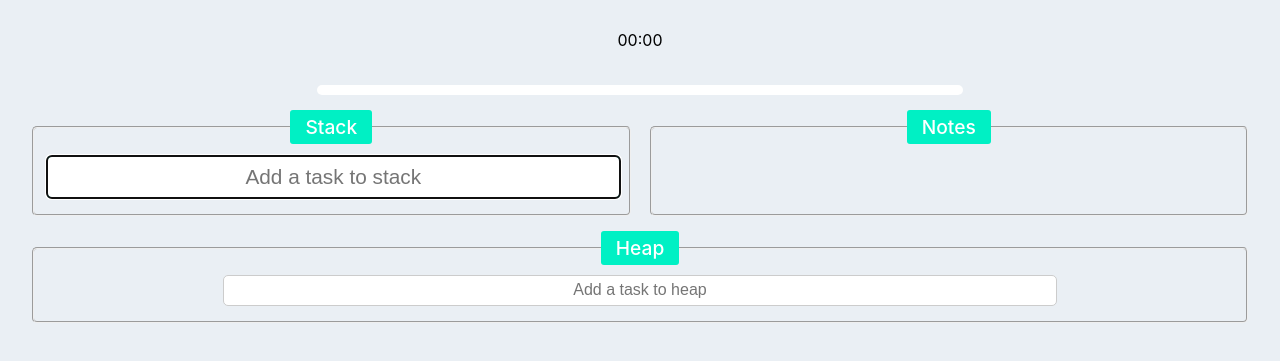
Repository: litalsh/Meeting-Managment-App
Page: /
An editor plug-in stored every save of this project. The page is shown before and after the next save, followed by the edit.
The browser window is 1280 px wide. The pictures show the whole page.
The project was rebuilt for these pictures with package versions that can differ from the ones it lists, and the page was loaded fresh each time. Also part of the build but not shown: src/components/Task/Task.css, src/components/Task/Task.js.

Above is the page before, as saved 2021-01-11 12:01:44.

### src/App.js
import './App.css';
import React from 'react';
import Stack from './components/Stack/Stack';
import GlobalTime from './components/GlobalTime/GlobalTime';
import MeetingContextProvider from './Context/store';
import Heap from './components/Heap/Heap';
import Notes from './components/Notes/Notes';
import CurrentTask from './components/CurrentTask/CurrentTask';


function App() {

  return (
    <div className="App">
      <MeetingContextProvider>
        <GlobalTime />
        <CurrentTask />
        <Stack />
        <Notes />
        <Heap />
      </MeetingContextProvider>
    </div>
  );
}

export default App;

### src/App.css
body{
  background-color:  #eaeff4;
 }

.App {
  display: grid;
  grid-template-columns: repeat(6, 1fr);
  grid-gap: 15px;
  margin: 10px 30px;
}

ul {
  list-style-type: none;
  margin: 0;
  padding: 0;
}

legend {
  margin: 0 auto;
  font-size: 1.2rem;
  font-weight: 500;
  background-color: #00f0c4;
  padding: 5px 15px;
  color: #fff;
  border-radius: 3px;
 }

 fieldset {
   border-radius: 5px;
 }

### src/components/Stack/Stack.js
import React, { useContext } from 'react';
import Task from '../Task/Task';
import { meetingContext } from '../../Context/store';
import './Stack.css';

const Stack = () => {

  const { stack, newStackHandler, taskRemoveHandler, changeListHandler } = useContext(meetingContext);

  return (

      <fieldset className="stack-container">
        {console.log('stack: ', stack)}
        <legend>Stack</legend>
        <ul className="stack-list">
          {stack !== undefined ? stack.map((task, id) => (
            <Task key={id}
            time={task.time}
            title={task.topic}
            type={task.type}
            remove={() => taskRemoveHandler(task.id, task.type)}
            changeList={() => changeListHandler(task.id, task.type)} />
          )) : null}
        </ul>
        <input type="text" placeholder="Add a task to stack" onKeyDown={newStackHandler} className='stack-input' autoFocus aria-flowto='heap-input' />
      </fieldset>

  );
}

export default Stack;

### src/components/GlobalTime/GlobalTime.js
import React, { useState, useEffect, useContext } from 'react';
import './GlobalTime.css';
import {meetingContext} from '../../Context/store';


const GlobalTime = () => {
  const {clock} = useContext(meetingContext);

  const [globalTimer, setGlobalTimer] = useState(0);
  let time = clock(globalTimer);

  useEffect(() => {
    const id = window.setInterval(() => {
      setGlobalTimer(globalTimer => globalTimer = globalTimer + 60);
    }, 60000);
    return () => window.clearInterval(id);
  })

  return (
    <div className='global-timer'>{time.minutes}:{time.seconds}</div>
    );
}

export default GlobalTime;

### src/Context/store.js
import React, { useState, createContext, useEffect } from 'react';
import useLocalStorage from '../hooks/useLocalStorage';
import { v4 as uuidv4 } from "uuid";


export const meetingContext = createContext();


const MeetingContextProvider = (props) => {

  const [stack, setStack] = useLocalStorage('stack', []);
  const [heap, setHeap] = useLocalStorage('heap', []);
  const [notes, setNotes] = useLocalStorage('notes', []);
  const [currentTaskTimer, setCurrentTaskTimer] = useState(stack[0] !== undefined ? Math.floor((new Date().getTime() - stack[stack.length - 1].time)/1000) : null);


  // Create a new stack task
  const newStackHandler = (event) => {
    if (event.which === 13 && event.target.value !== '') {
      setStack([
        ...stack,
        { id: uuidv4(), type: 'stack', topic: event.target.value, time: new Date().getTime() }
      ]);
      event.target.value = '';
      console.log(stack)
      setCurrentTaskTimer(Math.floor((new Date().getTime() - new Date().getTime())/1000));
    };
  };

  // Create a new heap task
  const newHeapHandler = (event) => {
    if (event.which === 13 && event.target.value !== '') {
      setHeap([
        ...heap,
        { id: uuidv4(), type: 'heap', topic: event.target.value, time: new Date().getTime() }
      ]);
      event.target.value = '';
    };
  };

  // Remove a task
  const taskRemoveHandler = (id, type) => {
    if (type === 'stack') {
      const taskIndex = stack.findIndex(task => {
        return task.id === id;
      });

      let tempList = [...stack];
      tempList.splice(taskIndex, 1);
      setStack(tempList);
      console.log(taskIndex)
    };

    if (type === 'heap') {
      const taskIndex = heap.findIndex(task => {
        return task.id === id;
      });

      let tempList = [...heap];
      tempList.splice(taskIndex, 1);
      setHeap(tempList)
      console.log(taskIndex)
    };
    return console.log('taskRmoveHandler: ', stack);

  }

  const clock = (time) => {
    let minutes = Math.floor(time / 60);
    let seconds = Math.abs(time % 60);
    minutes = minutes.toString().length === 1 ? "0" + minutes : minutes;
    seconds = seconds.toString().length === 1 ? "0" + seconds : seconds;
    return ({minutes : minutes, seconds : seconds})
  }

  const keyboardRemoveHandler = (e) => {
    if (e.ctrlKey && e.shiftKey && e.which === 88) {
      let tempStack = [...stack];
      tempStack.splice(tempStack.length - 1, 1);
      setStack(tempStack);
    }
  }

    // remove from stack with the keyboard
    useEffect(() => {
      if (document) {
        document.addEventListener('keydown', keyboardRemoveHandler);
      }
      return () => {
        document.removeEventListener('keydown', keyboardRemoveHandler);
      }
    }, [stack]);

    const changeListHandler = (id, type) => {
      // move task from stack to heap
      if (type === 'stack') {
        const taskIndex = stack.findIndex(task => {
          return task.id === id;
        });
        setHeap([...heap, { id: stack[taskIndex].id, type: 'heap', topic: stack[taskIndex].topic, time: stack[taskIndex].time }]);

        let tempStack = [...stack];
        tempStack.splice(taskIndex, 1);
        setStack(tempStack);
        console.log('change to heap ', stack, '  ', heap)
      };
       // move task from heap to stack
    if (type === 'heap') {
      const taskIndex = heap.findIndex(task => {
        return task.id === id;
      });
      setStack([...stack, { id: heap[taskIndex].id, type: 'stack', topic: heap[taskIndex].topic, time: new Date().getTime}]);

      let tempHeap = [...heap];
      tempHeap.splice(taskIndex, 1);
      setHeap(tempHeap);
      console.log('change to stack ', stack, '  ', heap)
    };


    }





  return (
    <meetingContext.Provider value={
      {
        stack,
        setStack,
        heap,
        notes,
        newStackHandler,
        newHeapHandler,
        taskRemoveHandler,
        changeListHandler,
        clock,
        currentTaskTimer,
        setCurrentTaskTimer
      }
    }>
      {props.children}
    </meetingContext.Provider>
  );
}

export default MeetingContextProvider;

### src/components/Heap/Heap.js
import React, { useContext } from 'react';
import Task from '../Task/Task';
import { meetingContext } from '../../Context/store';
import MeetingContextProvider from '../../Context/store';
import './Heap.css';

const Heap = () => {
  const { heap, newHeapHandler, taskRemoveHandler, changeListHandler } = useContext(meetingContext);


  return (
    <MeetingContextProvider>
      <fieldset className="heap-container">
        <legend>Heap</legend>
        <input type="text" placeholder="Add a task to heap" onKeyDown={newHeapHandler} className='heap-input' aria-flowto='notes-input' />
        <ul className="heap-list">
          {heap[0] !== undefined ? heap.map((task, id) => (
            <Task key={id}
            title={task.topic}
            type={task.type}
            remove={() => taskRemoveHandler(task.id, task.type)}
            changeList={() => changeListHandler(task.id, task.type)} />
          )) : null}
        </ul>
      </fieldset>
    </MeetingContextProvider>
  );
}

export default Heap;

### src/components/Notes/Notes.js
import React from 'react';
import './Notes.css';

const Notes = () => {
  return (
    <fieldset className='notes-container'>
      <legend>Notes</legend>
      <dl>

      </dl>
    </fieldset>
   );
}

export default Notes;

### src/components/CurrentTask/CurrentTask.js
import React, { useState, useEffect, useContext } from 'react';
import { meetingContext } from '../../Context/store';
import './CurrentTask.css';


const CurrentTask = () => {

  const { stack, clock, currentTaskTimer, setCurrentTaskTimer } = useContext(meetingContext);


  useEffect(() => {
    if(stack[0] !== undefined){
      const id = window.setInterval(() => {
        setCurrentTaskTimer(Math.floor((new Date().getTime() - stack[stack.length-1].time)/1000));
      }, 30000);
      return () => window.clearInterval(id);
    }
  }, [currentTaskTimer])

  let time = clock(currentTaskTimer);
  console.log('current ', currentTaskTimer);

  const taskExists = () => {
    return (
      <>
        {time.minutes}:{time.seconds}
      </>
    )
  }

  return (
    <div className='current-task-container'>
      <div className='current-timer'><h4>{stack[0] !== undefined ? (taskExists()) : null}</h4></div>
      <div className='current-title'><h1>{stack[0] !== undefined ? stack[stack.length - 1].topic : null}</h1></div>
    </div>
  );
}

export default CurrentTask;

### src/components/Stack/Stack.css
.stack-container {
  grid-column: 1/4;
}

.stack-input {
  border: 2px solid #00f0c4;
  width: 100%;
  line-height: 40px;
  margin: 5px auto;
  position: relative;
  text-align: center;
  border-radius: 5px;
  font-size: 1.3rem;
  padding: 0;
}

.stack-list {
  display: flex;
  flex-direction: column-reverse;
  justify-content: center;
}

.stack-item {
  width: 100%;
}

### src/components/GlobalTime/GlobalTime.css
.global-timer {
  grid-column: 1/7;
  margin: 20px auto;
}

### src/hooks/useLocalStorage.js
import { useState, useEffect } from "react";

const PREFIX = 'meeting-manament-';


const useLocalStorage = (key, initialValue) => {
  const prefixedKey = PREFIX + key
  const [value, setValue] = useState(() => {
    const jsonValue = localStorage.getItem(prefixedKey)
    if (jsonValue != null) return JSON.parse(jsonValue)
    if (typeof initialValue === 'function') {
      return initialValue()
    } else {
      return initialValue
    }
  })

  useEffect(() => {
    localStorage.setItem(prefixedKey, JSON.stringify(value))
  }, [prefixedKey, value])

  return [value, setValue]
}


export default useLocalStorage;

### src/components/Heap/Heap.css
.heap-container {
  grid-column: 1/7;
  display: flex;
  flex-direction: column;
}

.heap-list {
  display: grid;
  grid-template-columns: repeat(4,1fr);
  grid-gap: 5px 20px;
}

.heap-list>.task-item {
  width: 100%;
}

.heap-input {
  border: 1px solid #ccc;
  width: 70%;
  line-height: 1.8em;
  margin: 5px auto;
  position: relative;
  text-align: center;
  border-radius: 5px;
  font-size: 1rem;
  padding: 0;

}

### src/components/Notes/Notes.css
.notes-container {
  grid-column: 4/7;
}

### src/components/CurrentTask/CurrentTask.css
.current-task-container {
  grid-column: 2/6;
  text-align: center;
  background-color: #fff;
  width: 80%;
  margin: 0 auto;
  border-radius: 5px;
}

.current-title > h1 {
  margin: 0;
}

.current-timer {
  margin-top: 10px;
}

.current-timer > h4 {
  margin: 0;
}

.current-title {
  margin: 10px;
}

Loaded but not shown: public/index.html (common file); src/index.js (common file); src/index.css (common file); src/reportWebVitals.js (common file)

After the next save:
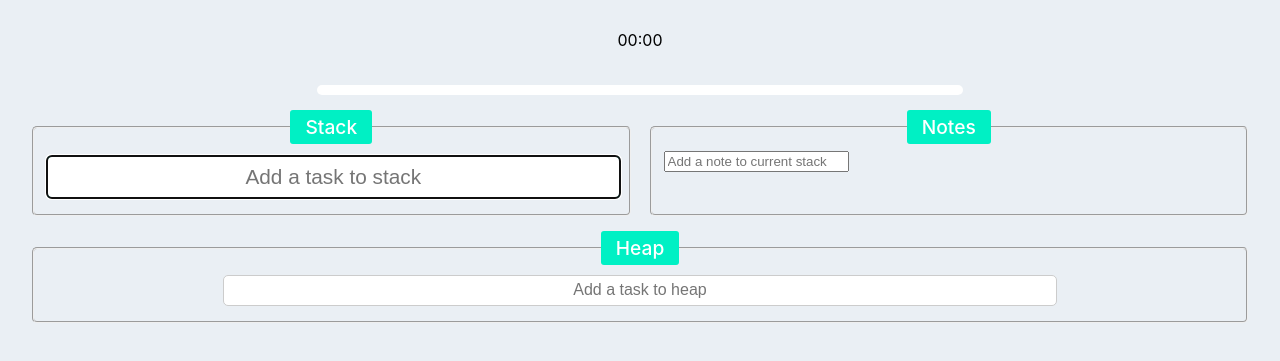
Saved 89 s later.
--- a/src/components/Notes/Notes.js
+++ b/src/components/Notes/Notes.js
@@ -5,6 +5,7 @@ const Notes = () => {
   return (
     <fieldset className='notes-container'>
       <legend>Notes</legend>
+      <input type='text' placeholder="Add a note to current stack" />
       <dl>
 
       </dl>
